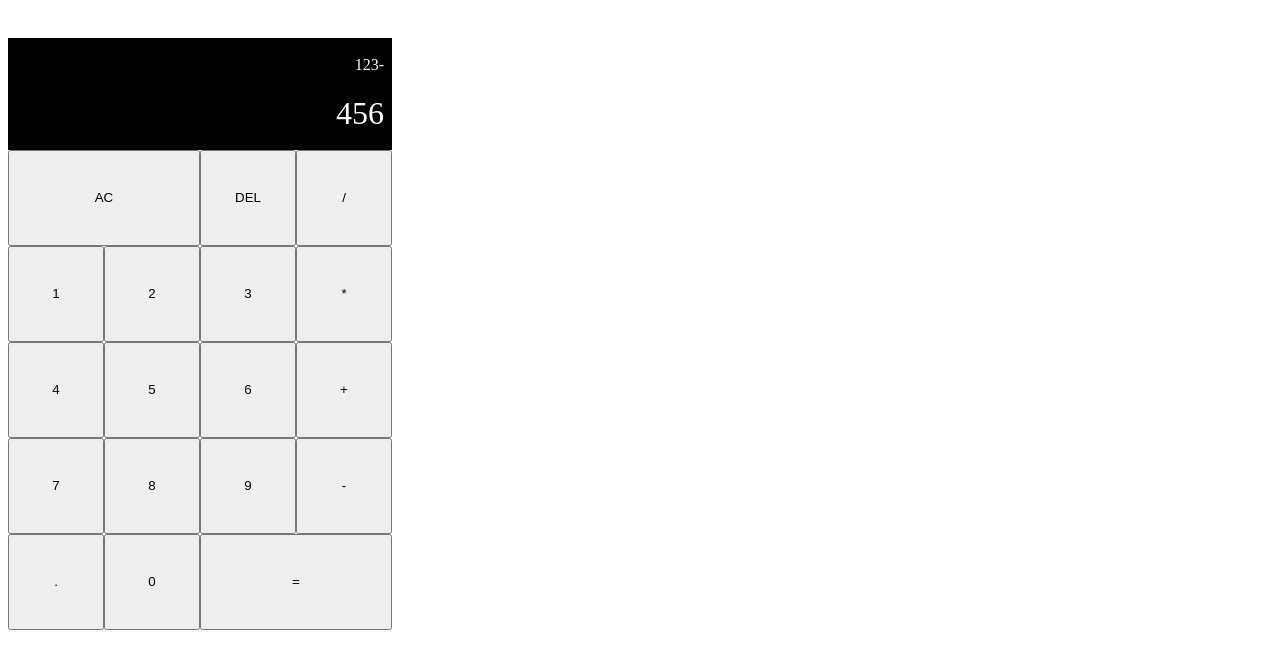
Repository: khadergw/calculator
Page: / (app in calculator/)
These files come from the project's save history. The page is drawn as it stood at one moment and after the next save; the edit follows.
The browser window is 1280 px wide. The pictures show the whole page.
The project was rebuilt for these pictures with package versions that can differ from the ones it lists, and the page was loaded fresh each time. Also part of the build but not shown: calculator/src/App.css.

Above is the page before, as saved 2022-09-11 00:38:16.

After the next save:
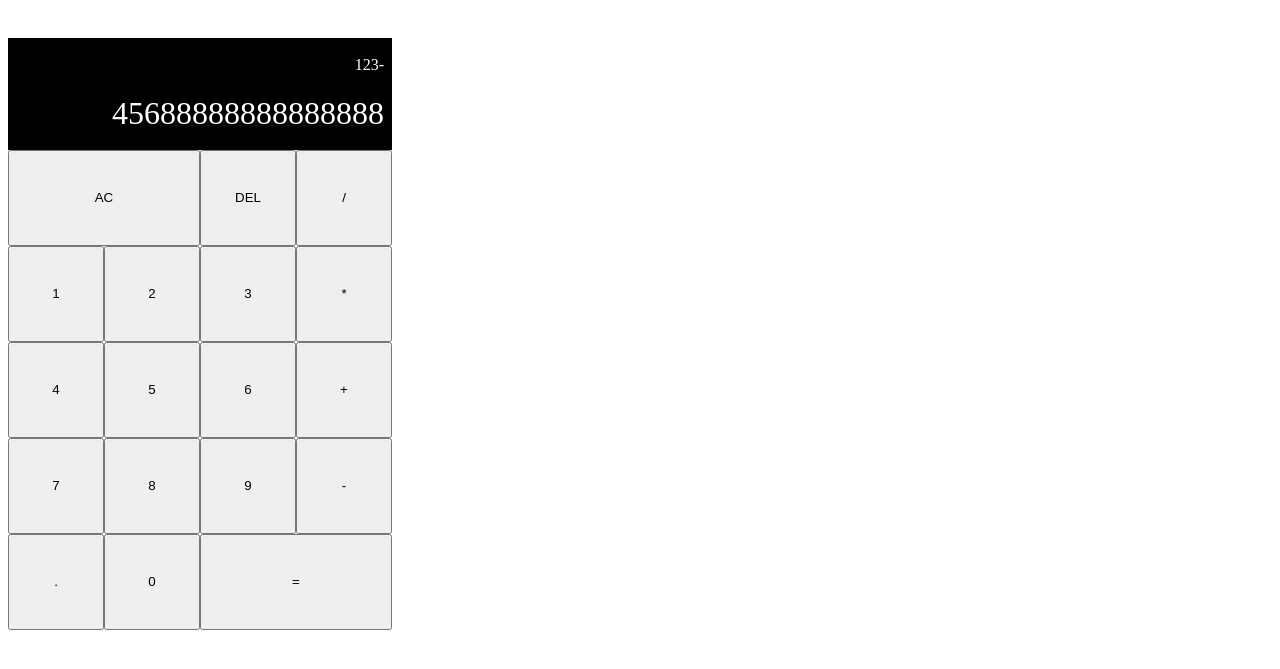
Saved 69 s later.
--- a/calculator/src/App.js
+++ b/calculator/src/App.js
@@ -6,7 +6,7 @@ function App() {
     <div className="CalGrid">
       <div className='output'>
         <div className='prevOper'>123-</div>
-        <div className='currOper'>456</div>
+        <div className='currOper'>45688888888888888</div>
       </div>
       <button className='wider'>AC</button>
       <button>DEL</button>
